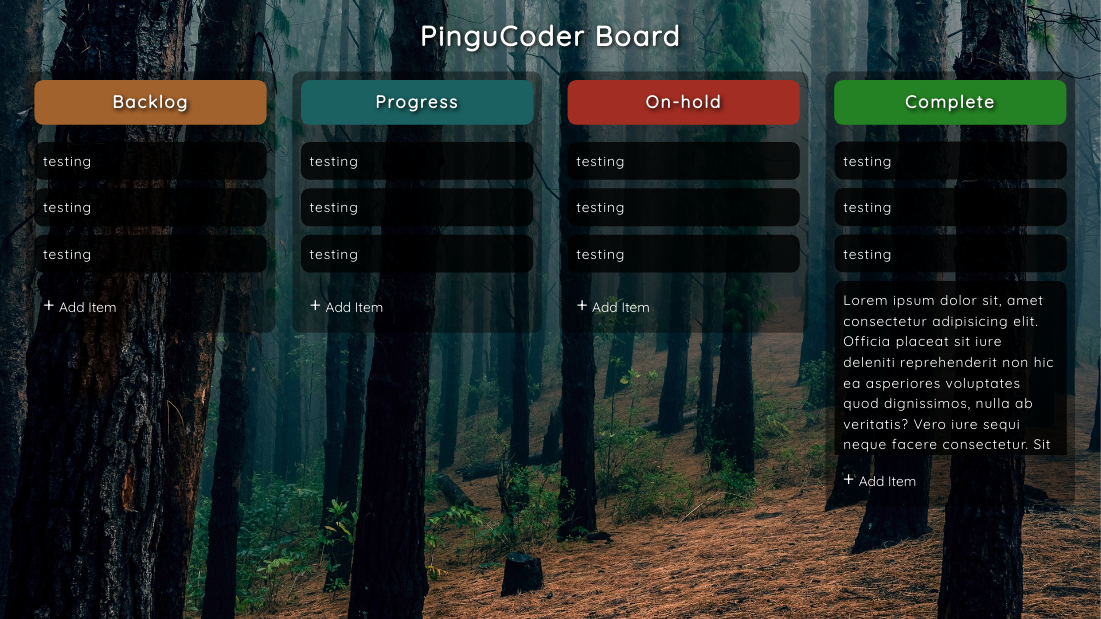
Repository: chanwarichawki/6Drag-And-Drop
Page: index.html
These files come from the project's save history. The page is drawn as it stood at one moment and after the next save; the edit follows.
The browser window is 1280 px wide. The pictures show the whole page, at 86% of full size.
Backgrounds fixed to the window are drawn as part of the page.

Above is the page before, as saved 2023-12-25 19:39:57.

After the next save:
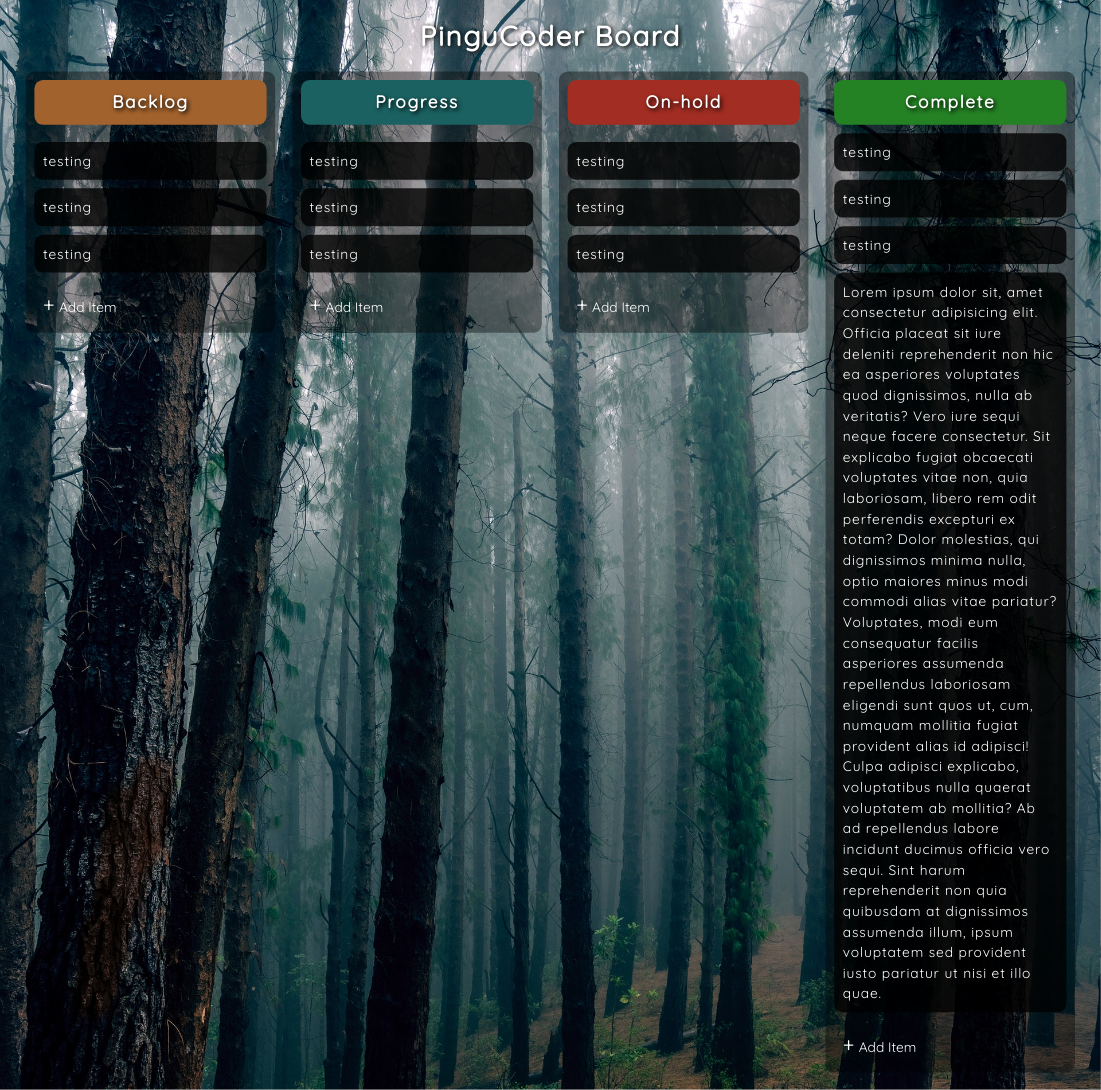
Saved 16 s later.
--- a/index.html
+++ b/index.html
@@ -104,7 +104,7 @@
           <h1>Complete</h1>
         </span>
         <!-- complete content -->
-        <div class="complete-content custom-scroll">
+        <div class="complete-content class="custom-scroll">
           <ul class="drag-item-list" id="complete-list">
             <li class="drag-item">testing</li>
             <li class="drag-item">testing</li>

After the 2 saves that followed:
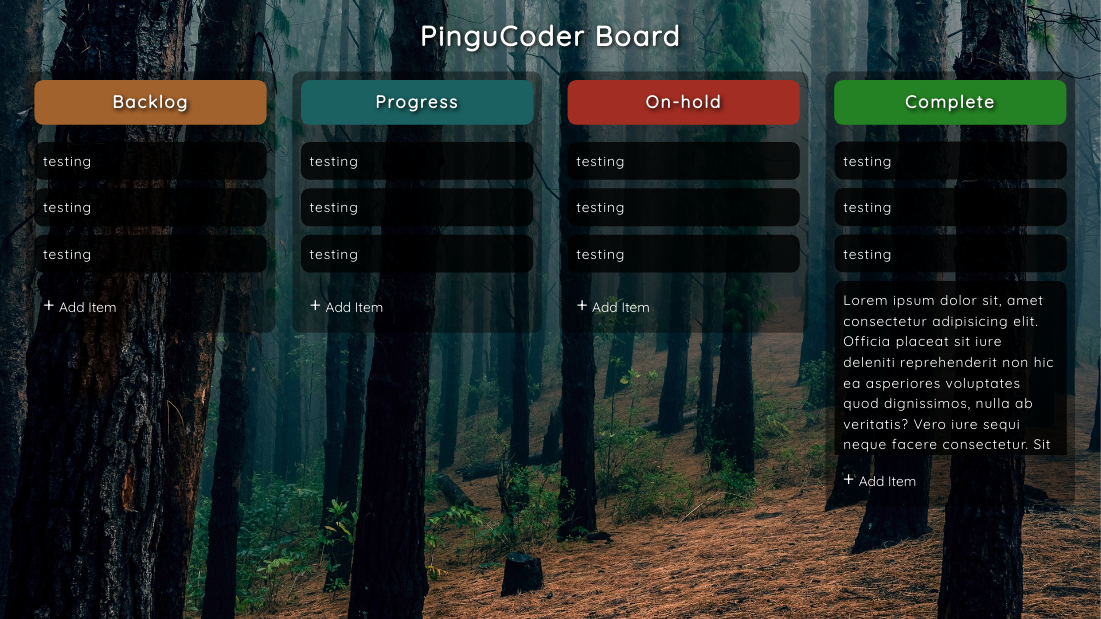
The 2 saves are shown as one change because 1 left the picture as it was.
The last was saved 18 s later.
--- a/index.html
+++ b/index.html
@@ -104,7 +104,7 @@
           <h1>Complete</h1>
         </span>
         <!-- complete content -->
-        <div class="complete-content class="custom-scroll">
+        <div id="complete-content" class="custom-scroll">
           <ul class="drag-item-list" id="complete-list">
             <li class="drag-item">testing</li>
             <li class="drag-item">testing</li>
